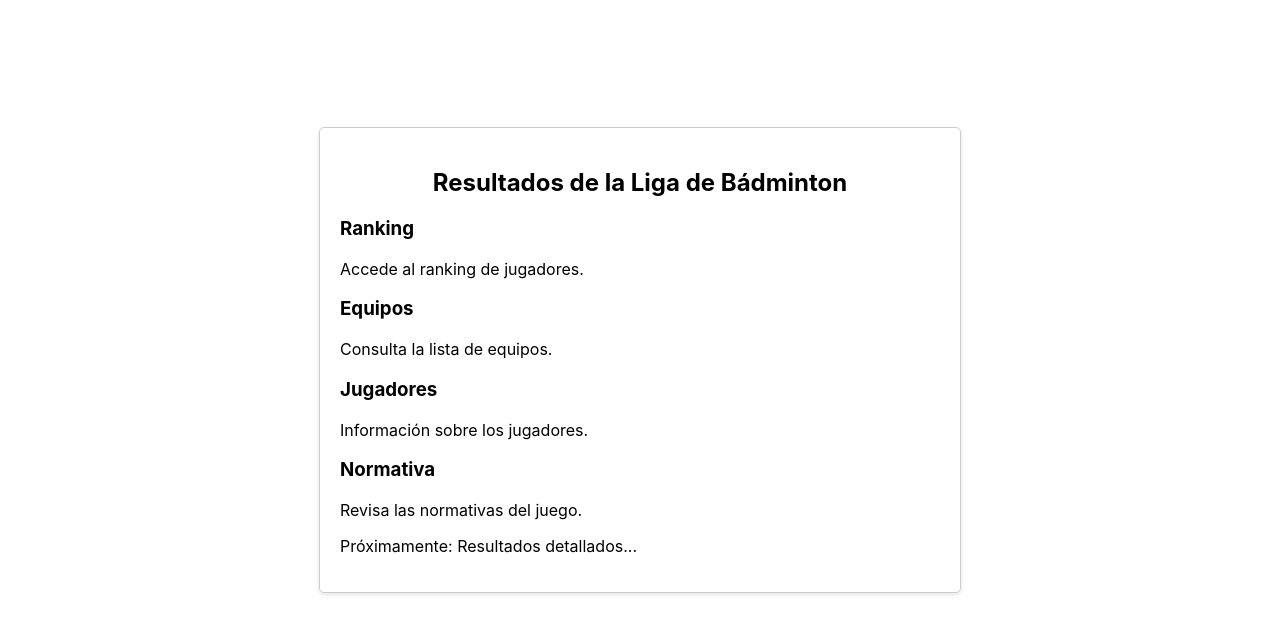
Repository: anuskazw/badminton
Page: /dashboard
The author's editor kept a copy of each file at every save. The page is drawn from the files as they stood at one save, then again after the next save.
The browser window is 1280 px wide. The pictures show the whole page.
The project was rebuilt for these pictures with package versions that can differ from the ones it lists, and the page was loaded fresh each time. Also part of the build but not shown: src/components/Login.js.

Above is the page before, as saved 2024-11-24 22:49:00.

After the next save:
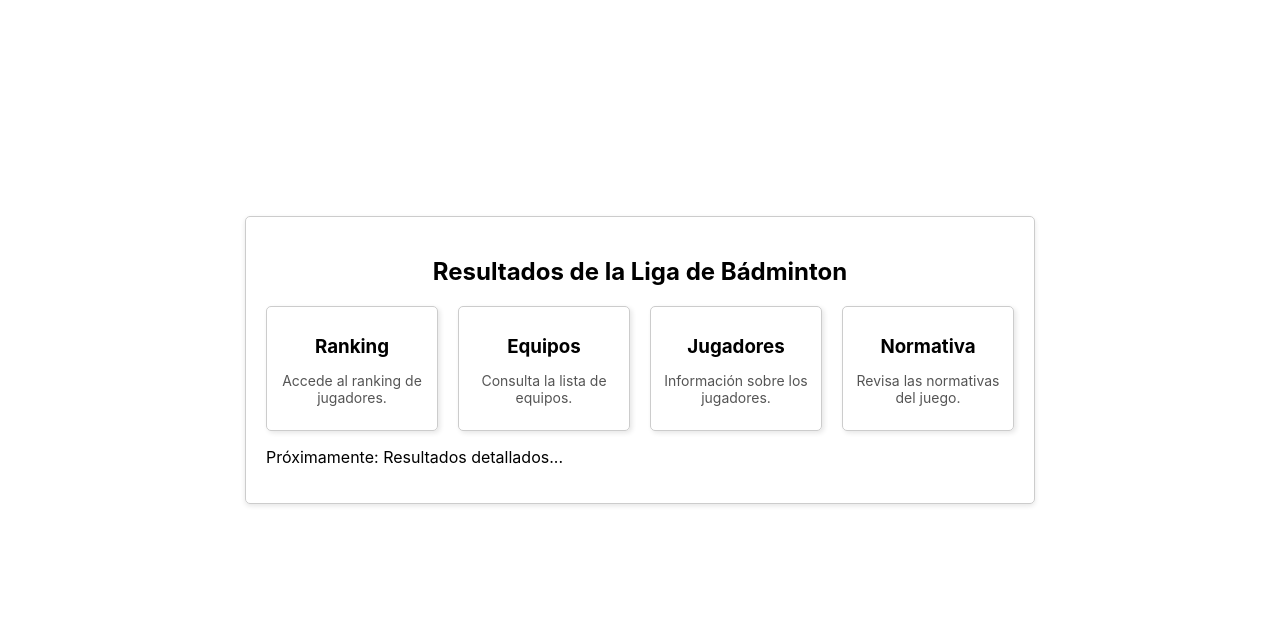
Saved 15 s later.
--- a/src/components/Dashboard.css
+++ b/src/components/Dashboard.css
@@ -11,3 +11,27 @@
     text-align: center;
     margin-bottom: 20px;
 }
+
+.card-container {
+    display: flex;
+    gap: 20px;
+    margin-top: 20px;
+}
+
+.card {
+    border: 1px solid #ccc;
+    padding: 10px;
+    border-radius: 5px;
+    width: 150px;
+    text-align: center;
+    box-shadow: 2px 2px 5px rgba(0, 0, 0, 0.1);
+}
+
+.card h3 {
+    margin-bottom: 10px;
+}
+
+.card p {
+    font-size: 14px;
+    color: #555;
+}
